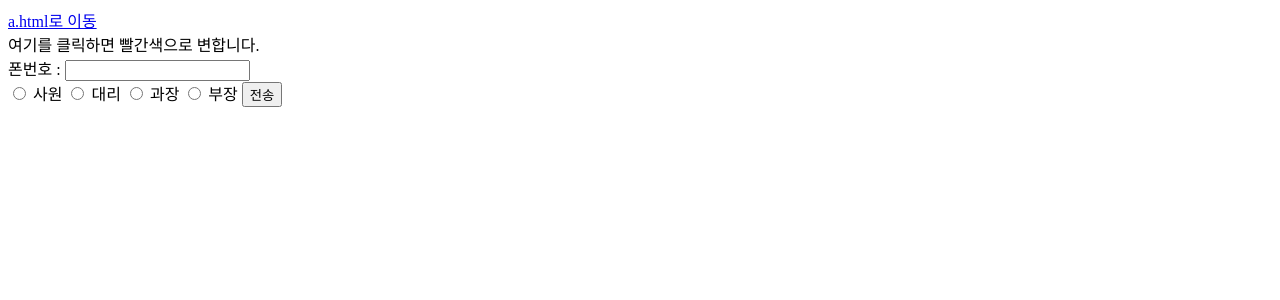
Repository: zmfhd1/Web
Page: jstest/WebContent/event2.html
These files come from the project's save history. The page is drawn as it stood at one moment and after the next save; the edit follows.
The browser window is 1280 px wide. The pictures show the whole page.

Above is the page before, as saved 2021-08-25 01:26:50.

### jstest/WebContent/event2.html
<!DOCTYPE html>
<html>
<head>
<meta charset="UTF-8">
<title>Insert title here</title>
<script>
window.onload =function(){
	var div_test = document.getElementById("test");
	div_test.onclick = function() {
		this.style.color = "red";
	}
	div_test.onmouseover = function(){
		this.style.color = "green";
	}
	div_test.onmouseout = function(){
		this.style.color = "blue";
	}

	var phone = document.querySelector("input[type=text]");
	phone.onkeyup = function(e) {
		if(e.keycode >= 48 && e.keycode <= 57){
			document.getElementById("result").innerHTML = "적합";
		}
		else{
			document.getElementById("result").innerHTML = e.keycode + " : 부적합";
		}
	}//keyup

	var form = document.getElementsByTagName("form")[0];
	form.onsubmit = function(event) {
		//alert("이동하나요?");
		evnet.preventDefault();
		document.getElementById("result").innerHTML = "전송하는 기본 동작을 취소했습니다";
	}
}
</script>


</head>
<body>

<div><a href = "a.html">a.html로 이동</a></div>
<div id = "test">여기를 클릭하면 빨간색으로 변합니다.</div>

<form action = "b.jsp">
폰번호 : <input type = text name = "phone"><br>
<div id = result></div>
<input type = radio name = "title" value = "사원"> 사원
<input type = radio name = "title" value = "대리"> 대리
<input type = radio name = "title" value = "과장"> 과장
<input type = radio name = "title" value = "부장"> 부장
<input type = submit value = "전송">

</form>
</body>

</html>

After the next save:
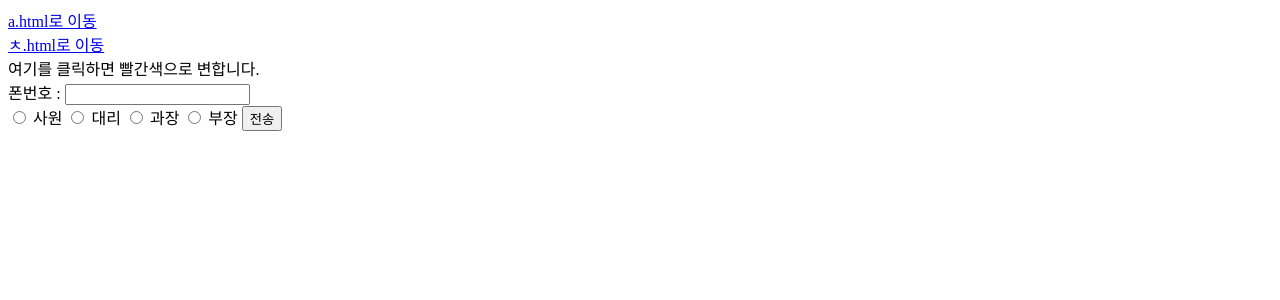
Saved 2 min 19 s later.
--- a/jstest/WebContent/event2.html
+++ b/jstest/WebContent/event2.html
@@ -40,6 +40,7 @@ window.onload =function(){
 <body>
 
 <div><a href = "a.html">a.html로 이동</a></div>
+<a href = "ㅊ.html">ㅊ.html로 이동</a>
 <div id = "test">여기를 클릭하면 빨간색으로 변합니다.</div>
 
 <form action = "b.jsp">
